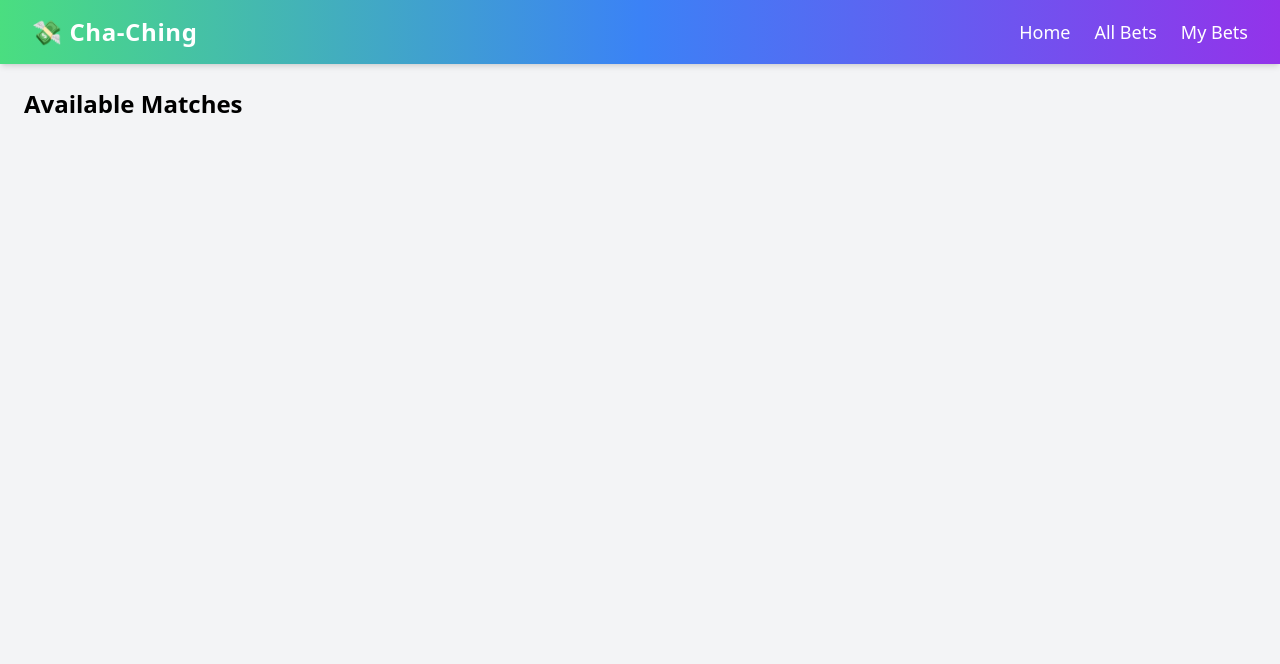
Repository: PEEZYBEE/cha-ching
Page: /bets
These files come from the project's save history. The page is drawn as it stood at one moment and after the next save; the edit follows.
The browser window is 1280 px wide. The pictures show the whole page.
The project was rebuilt for these pictures with package versions that can differ from the ones it lists, and the page was loaded fresh each time. Requests to the local data server were answered from the project's data file. Also part of the build but not shown: vite.config.js, src/pages/HomePage.jsx, src/components/BetForm.jsx, src/pages/MyBetsPage.jsx, src/pages/ResultsPage.jsx.

Above is the page before, as saved 2025-04-20 02:59:20.

### index.html
<!doctype html>
<html lang="en">
  <head>
    <meta charset="UTF-8" />
    <link rel="icon" type="image/svg+xml" href="https://i.pinimg.com/236x/50/70/9f/50709f03061276eef65dc2b662e76530.jpg" />
    <meta name="viewport" content="width=device-width, initial-scale=1.0" />
    <title>cha-ching</title>
  </head>
  <body>
    <div id="root"></div>
    <script type="module" src="/src/main.jsx"></script>
  </body>
</html>

### src/main.jsx
import { StrictMode } from "react"
import { createRoot } from "react-dom/client"
import { BrowserRouter } from "react-router-dom"
import App from "./App"
import "./index.css"

createRoot(document.getElementById("root")).render(
  <StrictMode>
    <BrowserRouter>
      <App />
    </BrowserRouter>
  </StrictMode>
)

### src/App.jsx
import { useState } from "react";
import { Routes, Route } from "react-router-dom";
import Navbar from "./components/Navbar";
import HomePage from "./pages/HomePage";
import BetsPage from "./pages/BetsPage";
import MyBetsPage from "./pages/MyBetsPage";
import ResultsPage from "./pages/ResultsPage";
import { ToastContainer } from "react-toastify";
import "react-toastify/dist/ReactToastify.css";


export default function App() {
  const [myBets, setMyBets] = useState([]);

  function handlePlaceBet(bet) {
    setMyBets((prevBets) => [...prevBets, bet]);
  }

  return (
    <div className="min-h-screen bg-gray-100">
      <Navbar />
      <div className="p-6">
        <Routes>
          <Route path="/" element={<HomePage />} />
          <Route path="/bets" element={<BetsPage onPlaceBet={handlePlaceBet} />} />
          <Route path="/my-bets" element={<MyBetsPage myBets={myBets} />} />
          <Route path="/results" element={<ResultsPage />} />
        </Routes>
        <ToastContainer position="top-right" autoClose={3000} />
      </div>
    </div>
  );
}

### src/components/Navbar.jsx
import { Link } from "react-router-dom";
import { motion } from "framer-motion";

export default function Navbar() {
  return (
    <motion.nav
      initial={{ y: -80 }}
      animate={{ y: 0 }}
      transition={{ type: "spring", stiffness: 80 }}
      className="sticky top-0 z-50 bg-gradient-to-r from-green-400 via-blue-500 to-purple-600 backdrop-blur-sm bg-opacity-80 shadow-md"
    >
      <div className="max-w-7xl mx-auto px-4 sm:px-6 lg:px-8 py-4 flex items-center justify-between text-white">
        {/* Logo */}
        <motion.div
          initial={{ rotate: -10 }}
          animate={{ rotate: 0 }}
          transition={{ type: "spring", stiffness: 200 }}
          className="text-2xl font-extrabold tracking-wide"
        >
          💸 Cha-Ching
        </motion.div>

        {/* Links */}
        <div className="flex space-x-6 text-lg font-medium">
          <NavItem to="/" text="Home" />
          <NavItem to="/bets" text="All Bets" />
          <NavItem to="/my-bets" text="My Bets" />
        </div>
      </div>
    </motion.nav>
  );
}

function NavItem({ to, text }) {
  return (
    <motion.div
      whileHover={{ scale: 1.1 }}
      whileTap={{ scale: 0.95 }}
      className="transition-all duration-200"
    >
      <Link
        to={to}
        className="hover:text-yellow-300 hover:underline underline-offset-4"
      >
        {text}
      </Link>
    </motion.div>
  );
}

### src/pages/BetsPage.jsx
import { useState, useEffect } from "react";
import MatchCard from "../components/MatchCard";
import BetForm from "../components/BetForm";

export default function BetsPage() {
  const [games, setGames] = useState([]);
  const [selectedGame, setSelectedGame] = useState(null);

  useEffect(() => {
    fetch("http://localhost:3000/games")
      .then((r) => r.json())
      .then(setGames);
  }, []);

  function handlePlaceBet(game) {
    setSelectedGame(game);
  }

  function handleSubmitBet(newBet) {
    fetch("http://localhost:3000/bets", {
      method: "POST",
      headers: { "Content-Type": "application/json" },
      body: JSON.stringify(newBet)
    })
      .then((r) => r.json())
      .then(() => {
        setSelectedGame(null); // closes form
        alert("Bet submitted successfully!");
      })
      .catch((err) => {
        console.error("Failed to submit bet:", err);
        alert("Something went wrong submitting the bet.");
      });
  }

  return (
    <div>
      <h2 className="text-2xl font-bold mb-4">Available Matches</h2>

      {selectedGame && (
        <BetForm game={selectedGame} onSubmitBet={handleSubmitBet} />
      )}

      <div className="grid grid-cols-1 md:grid-cols-2 gap-4">
        {games.map((game) => (
          <MatchCard key={game.id} game={game} onPlaceBet={handlePlaceBet} />
        ))}
      </div>
    </div>
  );
}

### db.json
{
  "games": [
    {
      "id": "1",
      "homeTeam": "Arsenal",
      "awayTeam": "Man City",
      "homeOdds": 2.5,
      "awayOdds": 1.8,
      "drawOdds": 3.1,
      "result": "away"
    },
    {
      "id": "2",
      "homeTeam": "Liverpool",
      "awayTeam": "Chelsea",
      "homeOdds": 2.3,
      "awayOdds": 2,
      "drawOdds": 3.2,
      "result": null
    },
    {
      "id": "3",
      "homeTeam": "Barcelona",
      "awayTeam": "Real Madrid",
      "homeOdds": 2.7,
      "awayOdds": 2.4,
      "drawOdds": 3,
      "result": "away"
    },
    {
      "id": "4",
      "homeTeam": "Bayern Munich",
      "awayTeam": "Borussia Dortmund",
      "homeOdds": 1.9,
      "awayOdds": 2.9,
      "drawOdds": 3.3,
      "result": null
    },
    {
      "id": "5",
      "homeTeam": "PSG",
      "awayTeam": "Marseille",
      "homeOdds": 1.8,
      "awayOdds": 3.2,
      "drawOdds": 3.5,
      "result": null
    },
    {
      "id": "6",
      "homeTeam": "Inter Milan",
      "awayTeam": "AC Milan",
      "homeOdds": 2.1,
      "awayOdds": 2.5,
      "drawOdds": 3.1,
      "result": null
    },
    {
      "id": "7",
      "homeTeam": "Juventus",
      "awayTeam": "Napoli",
      "homeOdds": 2.4,
      "awayOdds": 2.6,
      "drawOdds": 3,
      "result": null
    },
    {
      "id": "8",
      "homeTeam": "Ajax",
      "awayTeam": "Feyenoord",
      "homeOdds": 2.2,
      "awayOdds": 2.8,
      "drawOdds": 3.4,
      "result": null
    },
    {
      "id": "9",
      "homeTeam": "Man United",
      "awayTeam": "Tottenham",
      "homeOdds": 2,
      "awayOdds": 2.6,
      "drawOdds": 3.3,
      "result": null
    },
    {
      "id": "10",
      "homeTeam": "Atletico Madrid",
      "awayTeam": "Sevilla",
      "homeOdds": 2.3,
      "awayOdds": 2.9,
      "drawOdds": 3.1,
      "result": null
    }
  ],
  "bets": [
    {
      "id": "727e",
      "gameId": "1",
      "match": "Arsenal vs Man City",
      "betOn": "Arsenal",
      "amount": 51,
      "odds": 2.5,
      "status": "lost"
    },
    {
      "id": "1ee1",
      "gameId": "2",
      "match": "Liverpool vs Chelsea",
      "betOn": "Chelsea",
      "amount": 61,
      "odds": 2,
      "status": "pending"
    },
    {
      "id": "9ded",
      "gameId": "1",
      "match": "Arsenal vs Man City",
      "betOn": "Arsenal",
      "amount": 55,
      "odds": 2.5,
      "status": "pending"
    }
  ]
}

### src/components/MatchCard.jsx
import React from "react";

// Optional: You can include a fallback logo or pass logos via match object
const placeholderLogo = "https://via.placeholder.com/50";

export default function MatchCard({ match, onSelect }) {
  // Prevent crashing if match is undefined
  if (!match) return null;

  const { id, team1, team2, odds, team1Logo, team2Logo } = match;

  return (
    <div
      className="bg-white rounded-2xl p-6 shadow-lg border border-blue-200 transition-all duration-300 hover:scale-105 hover:shadow-xl cursor-pointer max-w-md mx-auto"
      onClick={() => onSelect(match)}
    >
      {/* Header */}
      <div className="flex items-center justify-between mb-4">
        {/* Team 1 */}
        <div className="flex flex-col items-center">
          <img
            src={team1Logo || placeholderLogo}
            alt={team1}
            className="w-12 h-12 rounded-full mb-1"
          />
          <p className="text-sm font-semibold text-blue-700">{team1}</p>
        </div>

        {/* VS */}
        <div className="text-lg font-bold text-gray-600">VS</div>

        {/* Team 2 */}
        <div className="flex flex-col items-center">
          <img
            src={team2Logo || placeholderLogo}
            alt={team2}
            className="w-12 h-12 rounded-full mb-1"
          />
          <p className="text-sm font-semibold text-red-700">{team2}</p>
        </div>
      </div>

      {/* Odds Display */}
      <div className="flex justify-around text-sm sm:text-base">
        <div className="bg-blue-100 px-3 py-1 rounded-full font-medium shadow-sm">
          🟦 {team1}: <span className="font-semibold text-blue-800">{odds.team1}</span>
        </div>
        <div className="bg-gray-100 px-3 py-1 rounded-full font-medium shadow-sm">
          ⚪ Draw: <span className="font-semibold text-gray-800">{odds.draw}</span>
        </div>
        <div className="bg-red-100 px-3 py-1 rounded-full font-medium shadow-sm">
          🟥 {team2}: <span className="font-semibold text-red-800">{odds.team2}</span>
        </div>
      </div>
    </div>
  );
}

Loaded but not shown: src/index.css (common file); tailwind.config.js (common file)

After the next save:
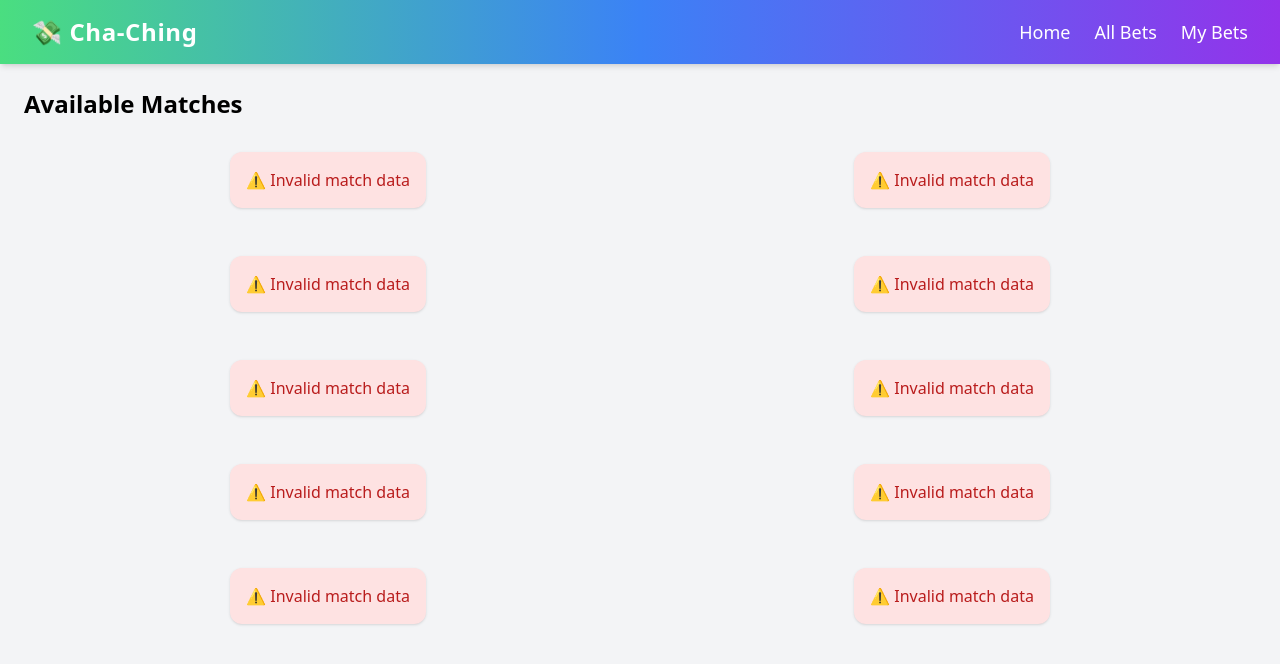
Saved 76 s later.
--- a/src/components/MatchCard.jsx
+++ b/src/components/MatchCard.jsx
@@ -1,18 +1,29 @@
 import React from "react";
 
-// Optional: You can include a fallback logo or pass logos via match object
 const placeholderLogo = "https://via.placeholder.com/50";
 
 export default function MatchCard({ match, onSelect }) {
-  // Prevent crashing if match is undefined
-  if (!match) return null;
+  if (!match || typeof match !== "object") {
+    return (
+      <div className="p-4 bg-red-100 text-red-700 rounded-xl shadow text-center max-w-md mx-auto my-4">
+        ⚠️ Invalid match data
+      </div>
+    );
+  }
 
-  const { id, team1, team2, odds, team1Logo, team2Logo } = match;
+  const {
+    id,
+    team1 = "Team A",
+    team2 = "Team B",
+    odds = { team1: "N/A", draw: "N/A", team2: "N/A" },
+    team1Logo,
+    team2Logo
+  } = match;
 
   return (
     <div
-      className="bg-white rounded-2xl p-6 shadow-lg border border-blue-200 transition-all duration-300 hover:scale-105 hover:shadow-xl cursor-pointer max-w-md mx-auto"
-      onClick={() => onSelect(match)}
+      className="bg-white rounded-2xl p-6 shadow-lg border border-blue-200 transition-all duration-300 hover:scale-105 hover:shadow-xl cursor-pointer max-w-md mx-auto my-4"
+      onClick={() => onSelect?.(match)}
     >
       {/* Header */}
       <div className="flex items-center justify-between mb-4">
@@ -40,7 +51,7 @@
         </div>
       </div>
 
-      {/* Odds Display */}
+      {/* Odds */}
       <div className="flex justify-around text-sm sm:text-base">
         <div className="bg-blue-100 px-3 py-1 rounded-full font-medium shadow-sm">
           🟦 {team1}: <span className="font-semibold text-blue-800">{odds.team1}</span>
